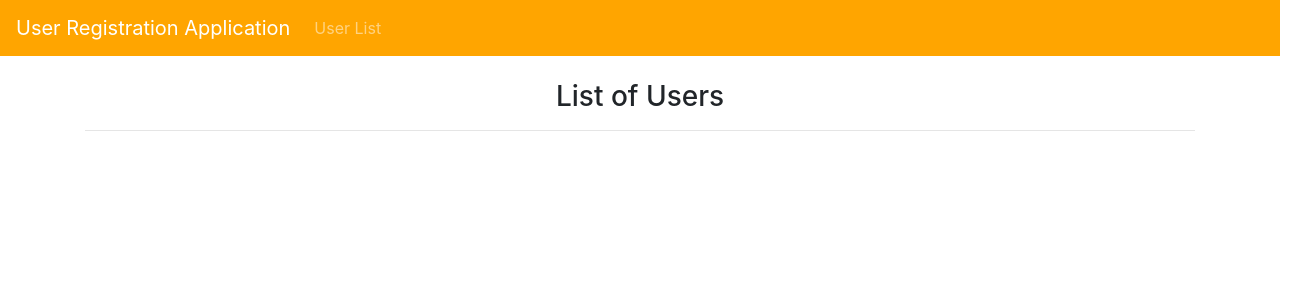
Repository: Malli120391/UserRegistrationSystemCrud
Page: http://localhost/UserRegistrationSystem/userlist.jsp
An editor plug-in stored every save of this project. The page is shown before and after the next save, followed by the edit.
The browser window is 1280 px wide. The page is 1295 px wide, so the pictures cover 1295 px, including what lies to the right of the window. The pictures show the whole page.
The page is served by Tomcat 9.

Above is the page before, as saved 2020-12-26 15:50:03.

After the next save:
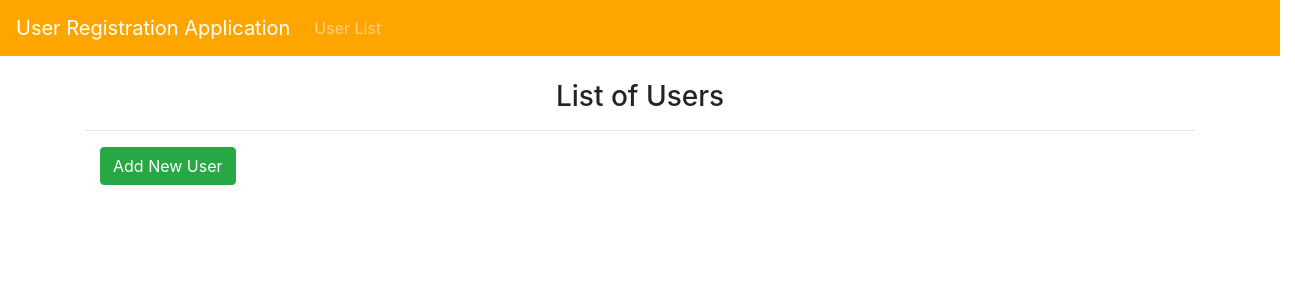
Saved 2 min 8 s later.
--- a/UserRegistrationSystem/WebContent/userlist.jsp
+++ b/UserRegistrationSystem/WebContent/userlist.jsp
@@ -36,7 +36,7 @@
        <hr>
           <div class="container text-left">
 
-          <a href="<%=request.getContextPath() %>/newuser"></a>
+          <a href="<%=request.getContextPath() %>/newuser" class="btn btn-success">Add New User</a>
 
 
           </div>
